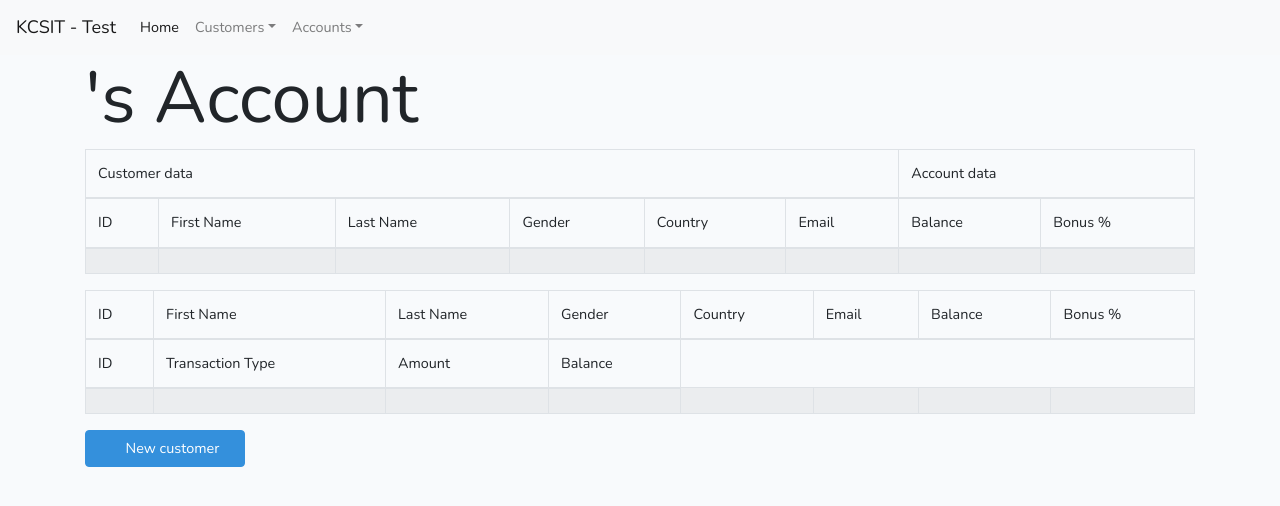
Repository: GilmarBrito/kcsit
Page: resources/views/accounts/index.blade.php
The author's editor kept a copy of each file at every save. The page is drawn from the files as they stood at one save, then again after the next save.
The browser window is 1280 px wide. The pictures show the whole page.
The page is served by the project's Laravel application, run on PHP 8.4 with Laravel 8. Style sheets and scripts are compiled from the project's sources, by tool versions that may differ from the author's. The template is opened directly, without the code that normally fills it, so the values that code supplies are empty.

Above is the page before, as saved 2020-03-09 02:56:40.
Console error: ReferenceError: $ is not defined

After the next save:
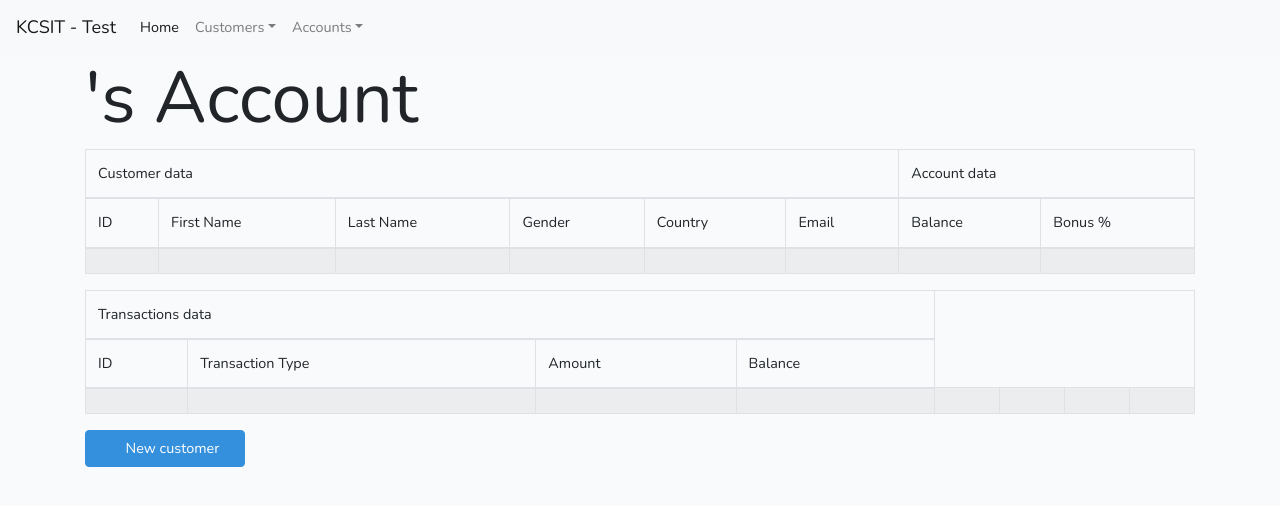
Saved 59 s later.
--- a/resources/views/accounts/index.blade.php
+++ b/resources/views/accounts/index.blade.php
@@ -44,14 +44,7 @@
         <table class="table table-striped table-bordered">
             <thead>
                 <tr>
-                    <td>ID</td>
-                    <td>First Name</td>
-                    <td>Last Name</td>
-                    <td>Gender</td>
-                    <td>Country</td>
-                    <td>Email</td>
-                    <td>Balance</td>
-                    <td>Bonus %</td>
+                    <td colspan="4">Transactions data</td>
                 </tr>
                 <tr>
                     <td>ID</td>
